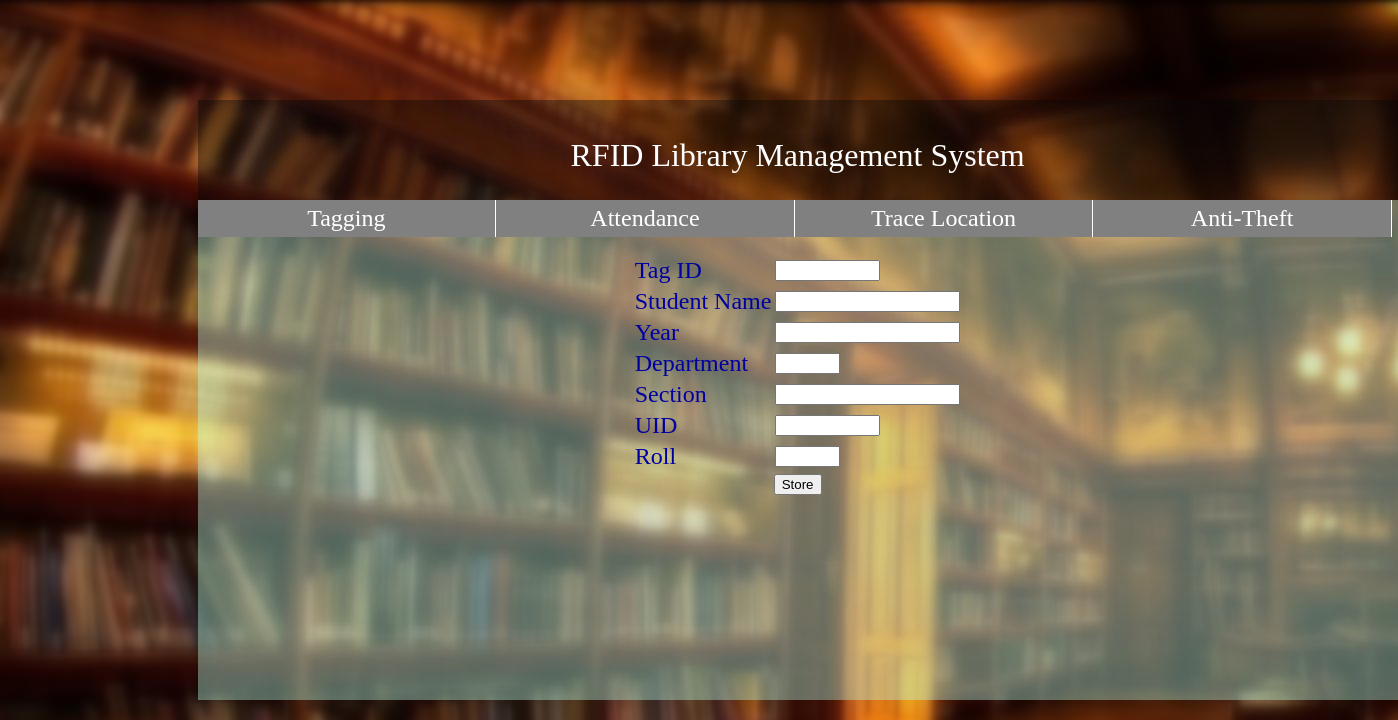
Repository: vigineshs/A-Smart-Data-Analyzer-for-Library-Management-System
Page: http://localhost/librarymgmt/updetails.jsp
An editor plug-in stored every save of this project. The page is shown before and after the next save, followed by the edit.
The browser window is 1280 px wide. The page is 1398 px wide, so the pictures cover 1398 px, including what lies to the right of the window. The pictures show the whole page.
The page is served by Tomcat 9.

Above is the page before, as saved 2013-02-11 16:02:30.

After the next save:
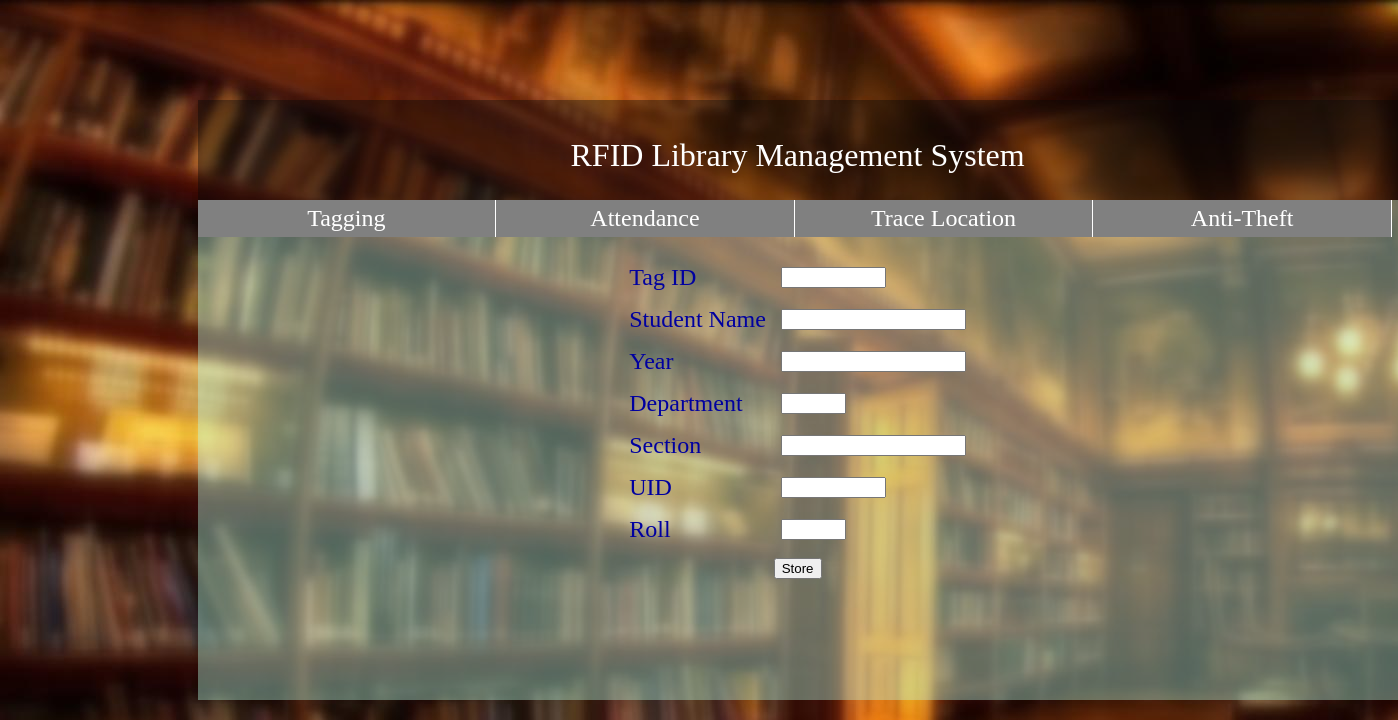
Saved 17 s later.
--- a/PassiveRFID/CS203-Version 1.0.6/Demo Applications/Dot Net C#/Demo Applications Source Code/RFID/librarymgmt/WebContent/updetails.jsp
+++ b/PassiveRFID/CS203-Version 1.0.6/Demo Applications/Dot Net C#/Demo Applications Source Code/RFID/librarymgmt/WebContent/updetails.jsp
@@ -72,7 +72,7 @@ RFID Library Management System
 <br/><br/>
 
 <form name=f1 method=POST action="http://localhost:8080/librarymgmt/Update" onsubmit="return validateForm()" >
-<table>
+<table cellpadding="5" cellspacing="5">
 <tr><td>Tag ID</td><td><input type=text size=10 name=btag /></td></tr>
 <tr><td>Student Name</td><td><input type=text size=20 name=bname /></td></tr>
 <tr><td>Year</td><td><input type=text size=20 name=byear /></td></tr>
